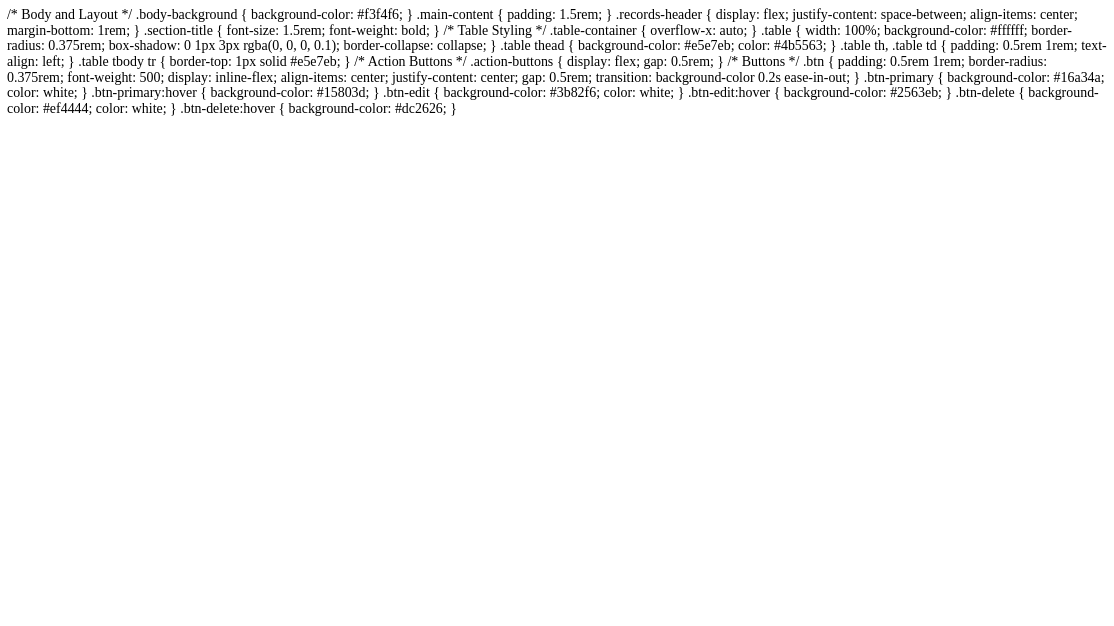
Repository: BinuriJ/HospitalSystem
Page: http://localhost/CyborgSys/CSS/DoctoerDashboardCss.jsp
An editor plug-in stored every save of this project. The page is shown before and after the next save, followed by the edit.
The browser window is 1280 px wide. The pictures show the whole page, at 87% of full size.
The page is served by Tomcat 9.

Above is the page before, as saved 2025-05-09 16:19:12.

After the next save:
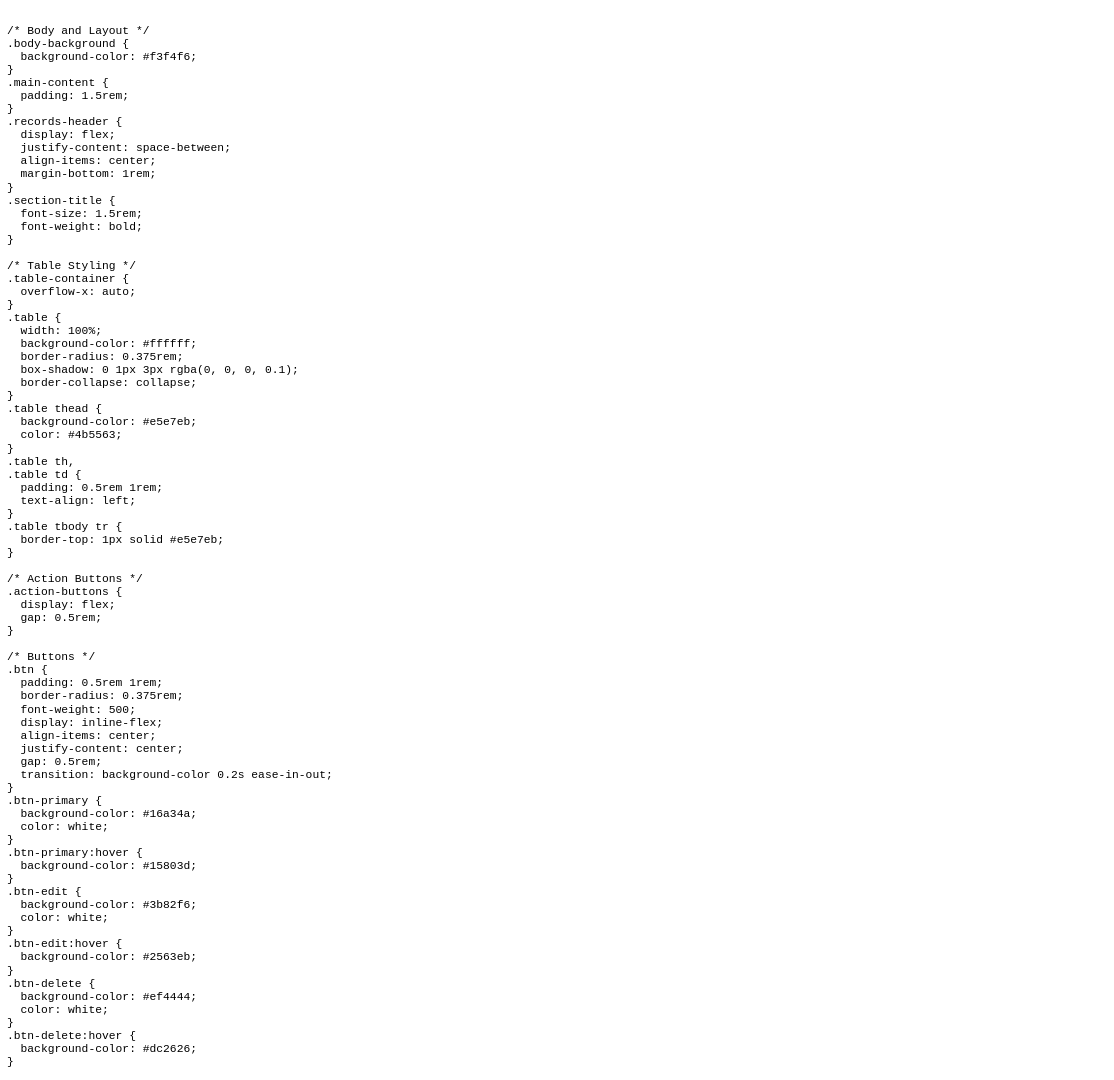
Saved 34 s later.
--- a/CyborgSys/WebContent/CSS/DoctoerDashboardCss.jsp
+++ b/CyborgSys/WebContent/CSS/DoctoerDashboardCss.jsp
@@ -1,3 +1,4 @@
+<%@ page contentType="text/css" %>
 /* Body and Layout */
 .body-background {
   background-color: #f3f4f6;
